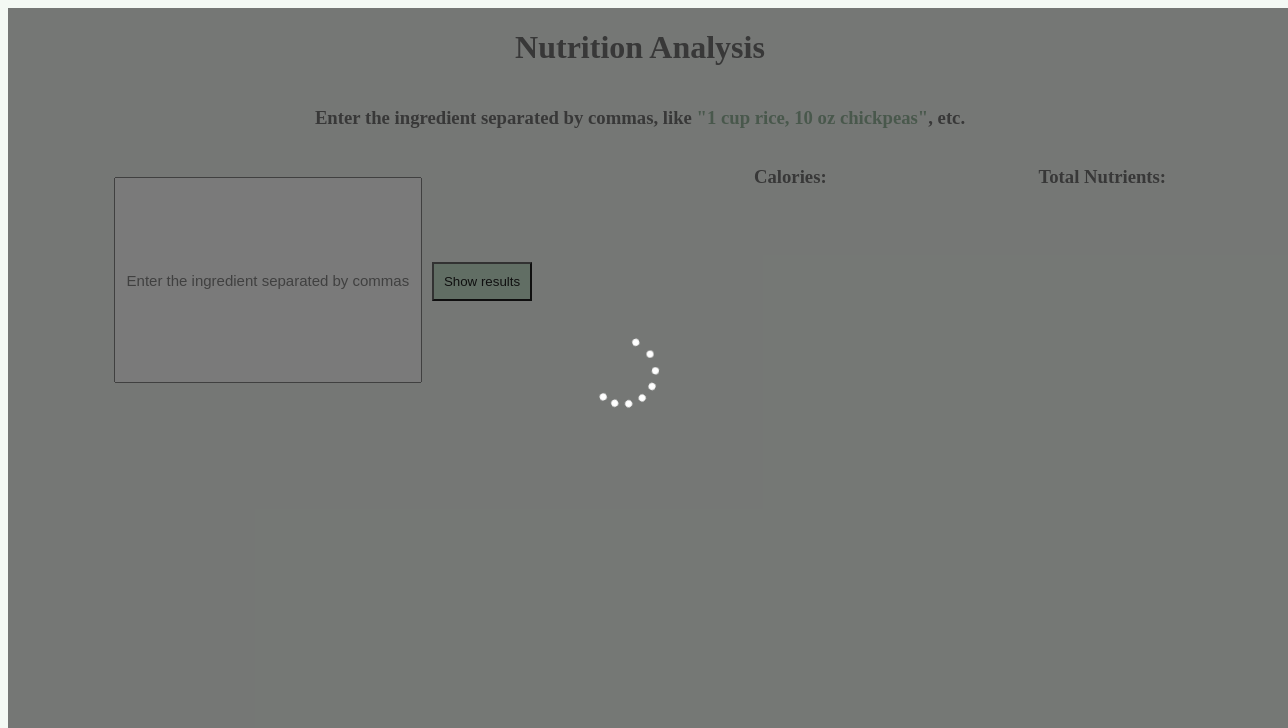
Repository: asya-aisa/nutrition-app
Page: /
These files come from the project's save history. The page is drawn as it stood at one moment and after the next save; the edit follows.
The browser window is 1280 px wide. The page is 1288 px wide, so the pictures cover 1288 px, including what lies to the right of the window. The pictures show the whole page.
The page's requests for data from a server got no answer. The project was rebuilt for these pictures with package versions that can differ from the ones it lists, and the page was loaded fresh each time. No one was signed in, and anything a server would have sent is missing. Also part of the build but not shown: src/MyComponent.js.

Above is the page before, as saved 2023-09-25 21:01:41.

After the next save:
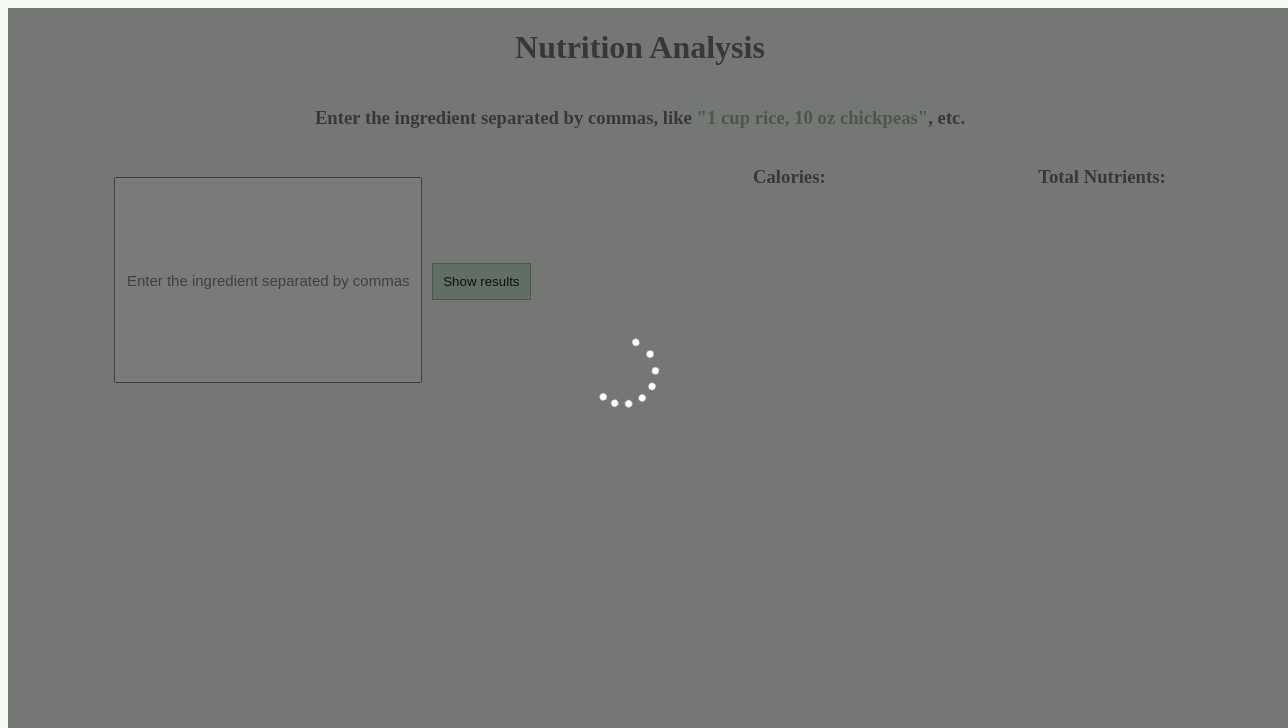
Saved 5 s later.
--- a/src/App.css
+++ b/src/App.css
@@ -32,5 +32,5 @@ span {
   margin: 10px;
   padding: 10px;
   background-color: #C4E3CB;
-  border: ;
+  border: #8AAE92 1px solid;
 }
